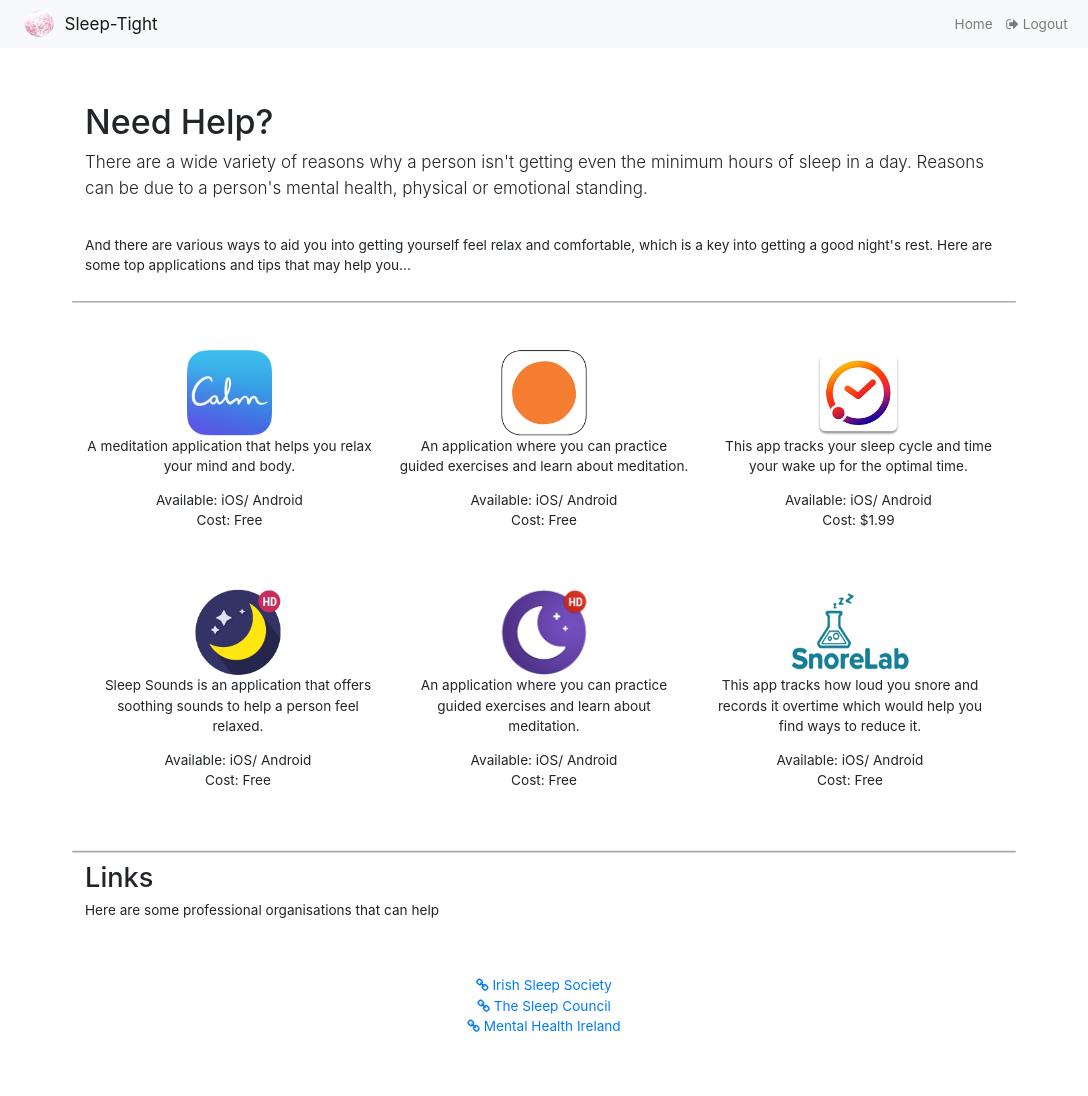
Repository: kewkiemonster/sleepTight
Page: http://localhost/Project/account/link.php
The author's editor kept a record of every edit. The page is drawn from the files as they stood at one moment, then again after the next edit.
The browser window is 1280 px wide. The pictures show the whole page, at 85% of full size.
Some web fonts or font styles are not loaded; a fallback is used. Some web libraries are served in a nearby version. The page is run by PHP 8.4 with error messages shown; the project is at /var/www/html/.

Above is the page before.

### softwareproject-st/workspace/Project/account/link.php
<!DOCTYPE html>
<head>
    <title>LINKS PAGE</title>

        <!--JQuery-->
        <script src="https://code.jquery.com/jquery-3.2.1.slim.min.js" integrity="sha384-KJ3o2DKtIkvYIK3UENzmM7KCkRr/rE9/Qpg6aAZGJwFDMVNA/GpGFF93hXpG5KkN" crossorigin="anonymous"></script>
        <script src="https://cdnjs.cloudflare.com/ajax/libs/popper.js/1.12.9/umd/popper.min.js" integrity="sha384-ApNbgh9B+Y1QKtv3Rn7W3mgPxhU9K/ScQsAP7hUibX39j7fakFPskvXusvfa0b4Q" crossorigin="anonymous"></script>
        <script src="https://maxcdn.bootstrapcdn.com/bootstrap/4.0.0/js/bootstrap.min.js" integrity="sha384-JZR6Spejh4U02d8jOt6vLEHfe/JQGiRRSQQxSfFWpi1MquVdAyjUar5+76PVCmYl" crossorigin="anonymous"></script>
        <!-- Bootstrap -->
        <link rel="stylesheet" href="../../node_modules/bootstrap/dist/css/bootstrap.css"/>
        <!-- Font Awesome (CDN) -->
        <link rel="stylesheet" href="https://maxcdn.bootstrapcdn.com/font-awesome/4.7.0/css/font-awesome.min.css"/>
        <!-- Google Fonts -->
        <link href="https://fonts.googleapis.com/css?family=Miriam+Libre|Source+Sans+Pro:700|Open+Sans:300" rel="stylesheet">
        <!-- Style -->
        <link rel="stylesheet" href="/Project/css/style.css"/>
</head>

<body>

    <!--NAVIGATION-->
    <?php include '../includes/usernav.php'; ?>

    <div class="container">
        <div class="col-12" style="border-bottom: 2px solid rgba(77,84,100,.5); padding-bottom: 30px;">
            <h1>Need Help?</h1>
            <p class="lead">There are a wide variety of reasons why a person isn't getting even the minimum hours of sleep in a day.
            Reasons can be due to a person's mental health, physical or emotional standing.</p></br>
            <p1>And there are various ways to aid you into getting yourself feel relax and comfortable, which is a key into getting a good night's rest. Here are some top applications and tips that may help you...</p1>
        </div>



        <div class="container">
            <div class="row text-center">
                <div class="col">
                    <img src="/Project/images/calm-logo.png" style="height: 100px; width: 100px;"></img>
                        <p>A meditation application that helps you relax your mind and body.</p>
                        <p>Available: iOS/ Android</br>Cost: Free</p>
                </div>
                <div class="col">
                    <img src="/Project/images/headspace-logo.png" style="height: 100px; width: 100px;"></img>
                        <p>An application where you can practice guided exercises and learn about meditation.</p>
                        <p>Available: iOS/ Android</br>Cost: Free</p>
                </div>
                <div class="col">
                    <img src="/Project/images/sleep-time-logo.png" style="height: 100px; width: 100px;"></img>
                        <p>This app tracks your sleep cycle and time your wake up for the optimal time.</p>
                        <p>Available: iOS/ Android </br>Cost: $1.99</p>
                </div>
            </div>

            <div class="container">
                <div class="row text-center">
                    <div class="col">
                        <img src="/Project/images/sleep-sounds-logo.png" style="height: 100px; width: 100px;"></img>
                            <p>Sleep Sounds is an application that offers soothing sounds to help a person feel relaxed.</p>
                            <p>Available: iOS/ Android</br>Cost: Free</p>
                </div>
                <div class="col">
                    <img src="/Project/images/sleepo-logo.png" style="height: 100px; width: 100px;"></img>
                        <p>An application where you can practice guided exercises and learn about meditation.</p>
                        <p>Available: iOS/ Android</br>Cost: Free</p>
                </div>
                <div class="col">
                    <img src="/Project/images/snorelab-logo.png" style="height: 100px; width: 150px;"></img>
                        <p>This app tracks how loud you snore and records it overtime which would help you find ways to reduce it.</p>
                        <p>Available: iOS/ Android </br>Cost: Free</p>
                </div>
            </div>
        </div>

        </div> <!-- Container end -->

        <div class="container" style="border-top: 2px solid rgba(77,84,100,.5); padding-top: 10px;">
                <h2>Links</h2>
                <p>Here are some professional organisations that can help  </p>
            </div>
        </div>

        <div class="container" style="padding-bottom: 70px;">
            <div class="row text-center">
                <div class="col-12">
                  <a class="link" href="http://www.irishsleepsociety.org/"><i class="fa fa-link"></i> Irish Sleep Society</a>
                </div>
                <div class="col-12">
                  <a class="link" href="https://sleepcouncil.org.uk/"><i class="fa fa-link"></i> The Sleep Council</a>
                </div>
                <div class="col-12">
                  <a class="link" href="https://www.mentalhealthireland.ie/a-to-z/sleep/"><i class="fa fa-link"></i> Mental Health Ireland</a>
                </div>

            </div>
        </div>

</body>
</html>

### softwareproject-st/workspace/Project/includes/usernav.php
  <nav class="navbar navbar-expand-lg navbar-light bg-light">
    <img src="/Project/images/moon-vector.png" width="60" height="40" alt="moon-image">
  <a class="navbar-brand" href="/Project/account/homepage.php">Sleep-Tight</a>
  <button class="navbar-toggler" type="button" data-toggle="collapse" data-target="#navbarDropdown" aria-controls="navbarDropdown" aria-expanded="false" aria-label="Toggle navigation">
    <span class="navbar-toggler-icon"></span>
  </button>
      <div class="navbar-collapse collapse" id="navbarDropdown">
        <ul class="navbar-nav ml-auto">
          <li class="nav-item">
              <a class="nav-link" href="/Project/account/homepage.php"> Home </a>
          </li>
          <li class="nav-item">
              <a class="nav-link" href="/Project/account/logout.php"><i class="fa fa-sign-out"></i> Logout </a>
          </li>

        </ul>
      </div>
  </nav>

### softwareproject-st/workspace/Project/css/style.css
.container{
    margin-top: 5%;
}


.jumbotron{
    margin-top: 9%;
}

.login-form{
    padding-top: 20%;
}

.body{
    background-color: orange;
}

/*
                 _                 _   _
     /\         (_)               | | (_)
    /  \   _ __  _ _ __ ___   __ _| |_ _  ___  _ __
   / /\ \ | '_ \| | '_ ` _ \ / _` | __| |/ _ \| '_ \
  / ____ \| | | | | | | | | | (_| | |_| | (_) | | | |
 /_/    \_\_| |_|_|_| |_| |_|\__,_|\__|_|\___/|_| |_|

*/

.heading{
    -webkit-animation-duration: 10s;
    -webkit-animation-delay: 0.8s;
}


.card{
    -webkit-animation-duration: 5s;
    -webkit-animation-delay: 1s;
}

/*
  __  __
 |  \/  |
 | \  / | ___  ___ ___  __ _  __ _  ___  ___
 | |\/| |/ _ \/ __/ __|/ _` |/ _` |/ _ \/ __|
 | |  | |  __/\__ \__ \ (_| | (_| |  __/\__ \
 |_|  |_|\___||___/___/\__,_|\__, |\___||___/
                              __/ |
                             |___/
*/
.message, .success-message, .error-message, .warning-message {
  width: 20%;
  display: block;
  overflow: auto;
  color: #FFFFFF;
  border-radius: 5px;
  font-family: "Open Sans", sans-serif;
  animation: message-fade 2s linear forwards;
  position: fixed;
  right: 0;
  bottom: 0;
  margin: 0 10px 10px 0; }

.message-content {
  padding: 5px;
  text-align: center; }

.success-message {
  background-color: #00535E; }

.error-message {
  background-color: #E74C3C; }

.warning-message {
  background-color: #FFCC5C; }


.chart {
    min-width: 320px;
    max-width: 800px;
    height: 220px;
    margin: 0 auto;
}



.no-gutters {
  margin-right: 0;
  margin-left: 0;

  > .col,
  > [class*="col-"] {
    padding-right: 0;
    padding-left: 0;
  }

After the next edit:
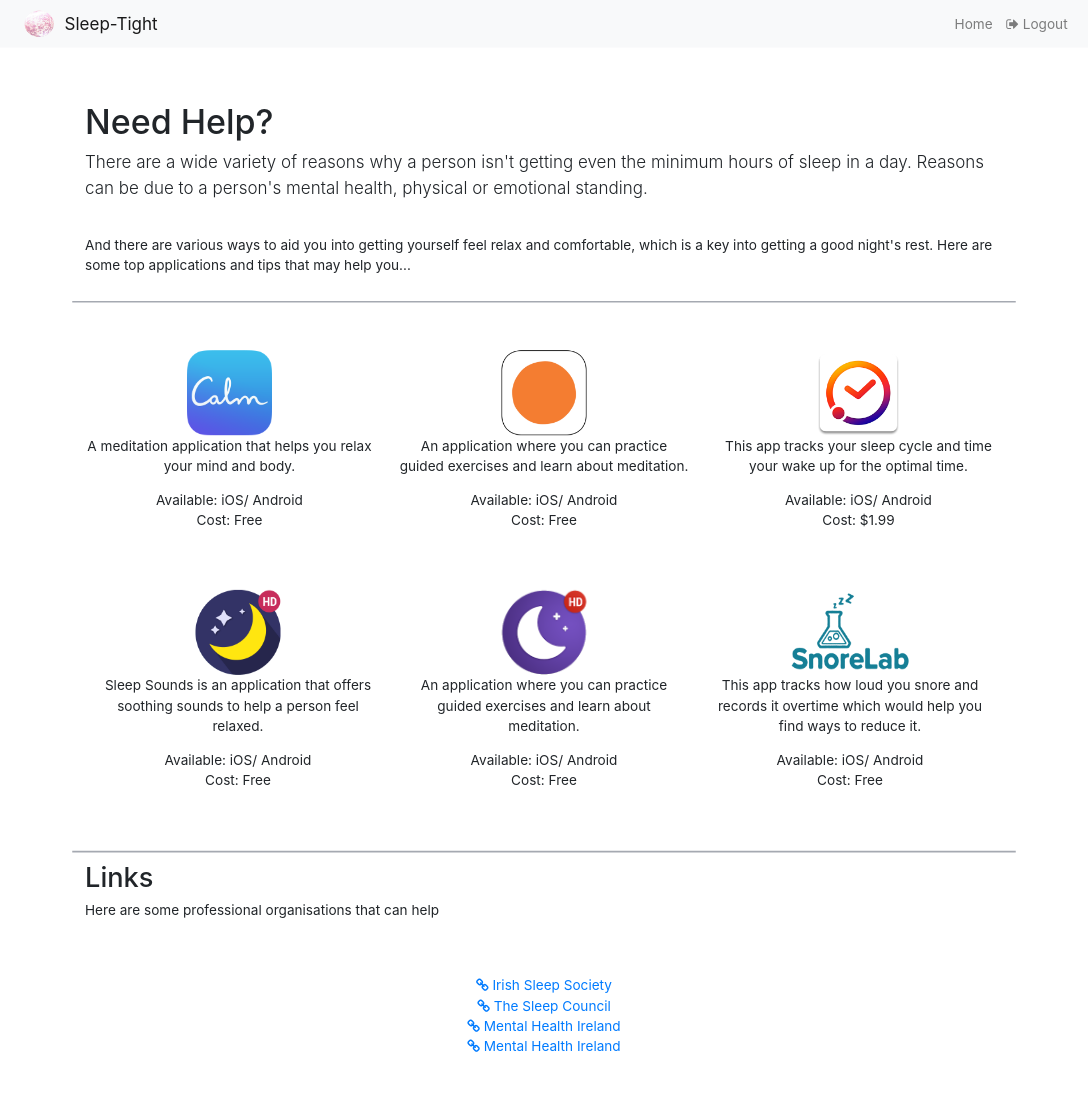
The edit:
--- a/softwareproject-st/workspace/Project/account/link.php
+++ b/softwareproject-st/workspace/Project/account/link.php
@@ -89,7 +89,9 @@
                 <div class="col-12">
                   <a class="link" href="https://www.mentalhealthireland.ie/a-to-z/sleep/"><i class="fa fa-link"></i> Mental Health Ireland</a>
                 </div>
-
+                <div class="col-12">
+                  <a class="link" href="https://www.mentalhealthireland.ie/a-to-z/sleep/"><i class="fa fa-link"></i> Mental Health Ireland</a>
+                </div>
             </div>
         </div>
 
